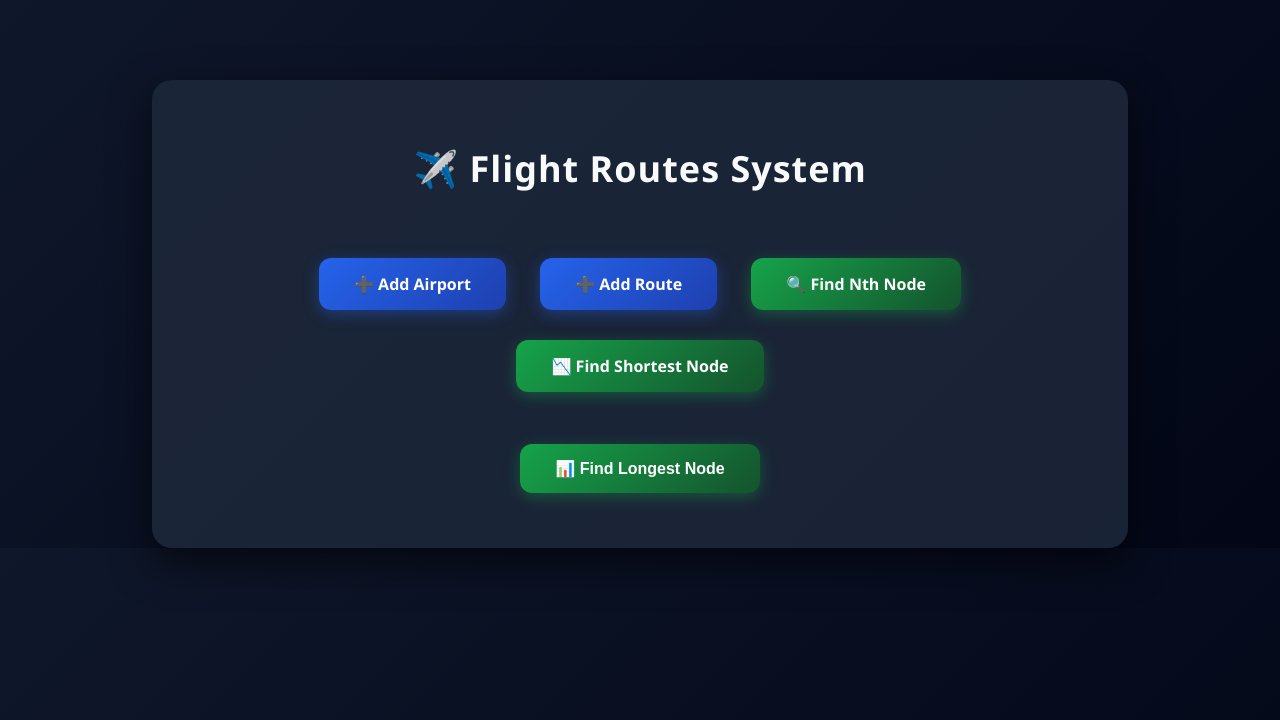
Repository: SNEHASURESH003/flight_system
Page: http://localhost/
These files come from the project's save history. The page is drawn as it stood at one moment and after the next save; the edit follows.
The browser window is 1280 px wide. The pictures show the whole page.
The page is served by the project's application, run on Django 5.2 (manage.py).

Above is the page before, as saved 2026-01-19 23:11:34.

After the next save:
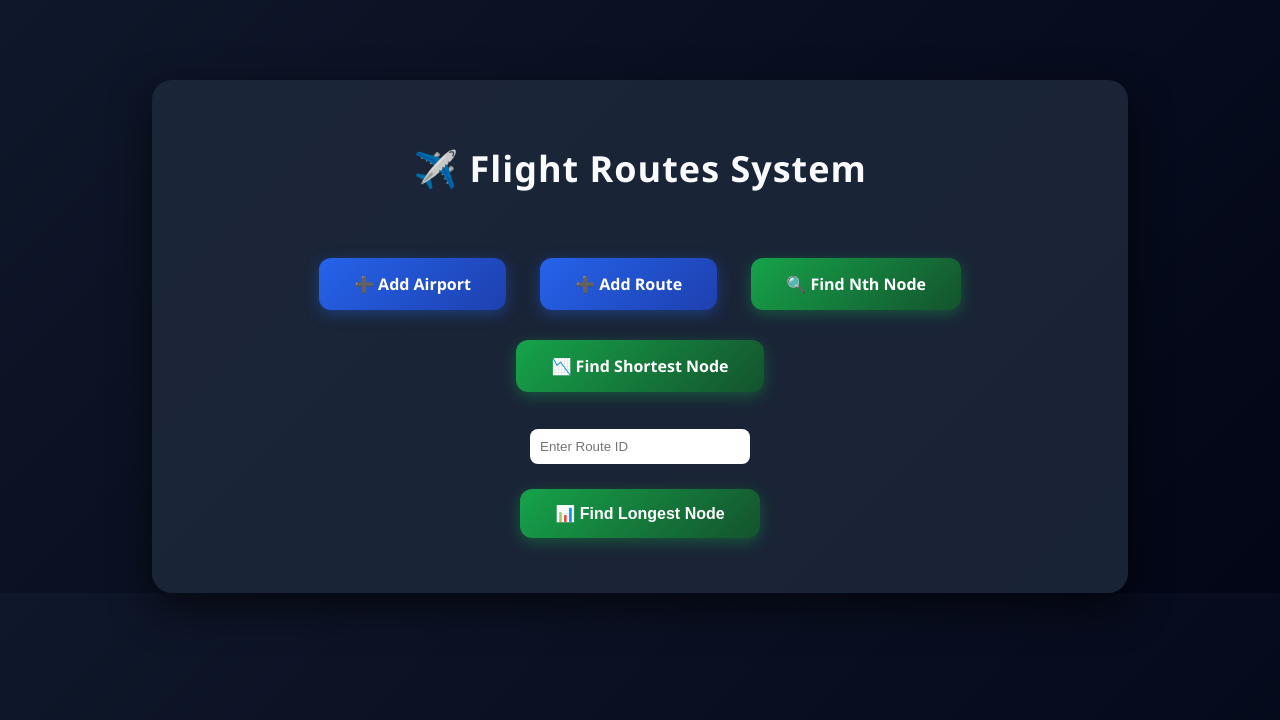
Saved 27 s later.
--- a/airport/airport_route/templates/dashboard.html
+++ b/airport/airport_route/templates/dashboard.html
@@ -81,9 +81,13 @@
 
         <br><br>
 
-        <form action="{% url 'longest_node' 1 %}" method="get">
-            <button class="btn secondary" type="submit">📊 Find Longest Node</button>
-        </form>
+       <form action="{% url 'longest_node' 0 %}" method="get" onsubmit="this.action=this.action.replace('/0/', '/' + document.getElementById('route_id').value + '/');">
+    <input type="number" id="route_id" placeholder="Enter Route ID" required
+           style="padding:10px;border-radius:8px;border:none;margin-bottom:10px;width:200px;">
+    <br>
+    <button class="btn secondary" type="submit">📊 Find Longest Node</button>
+</form>
+
     </div>
 
 
